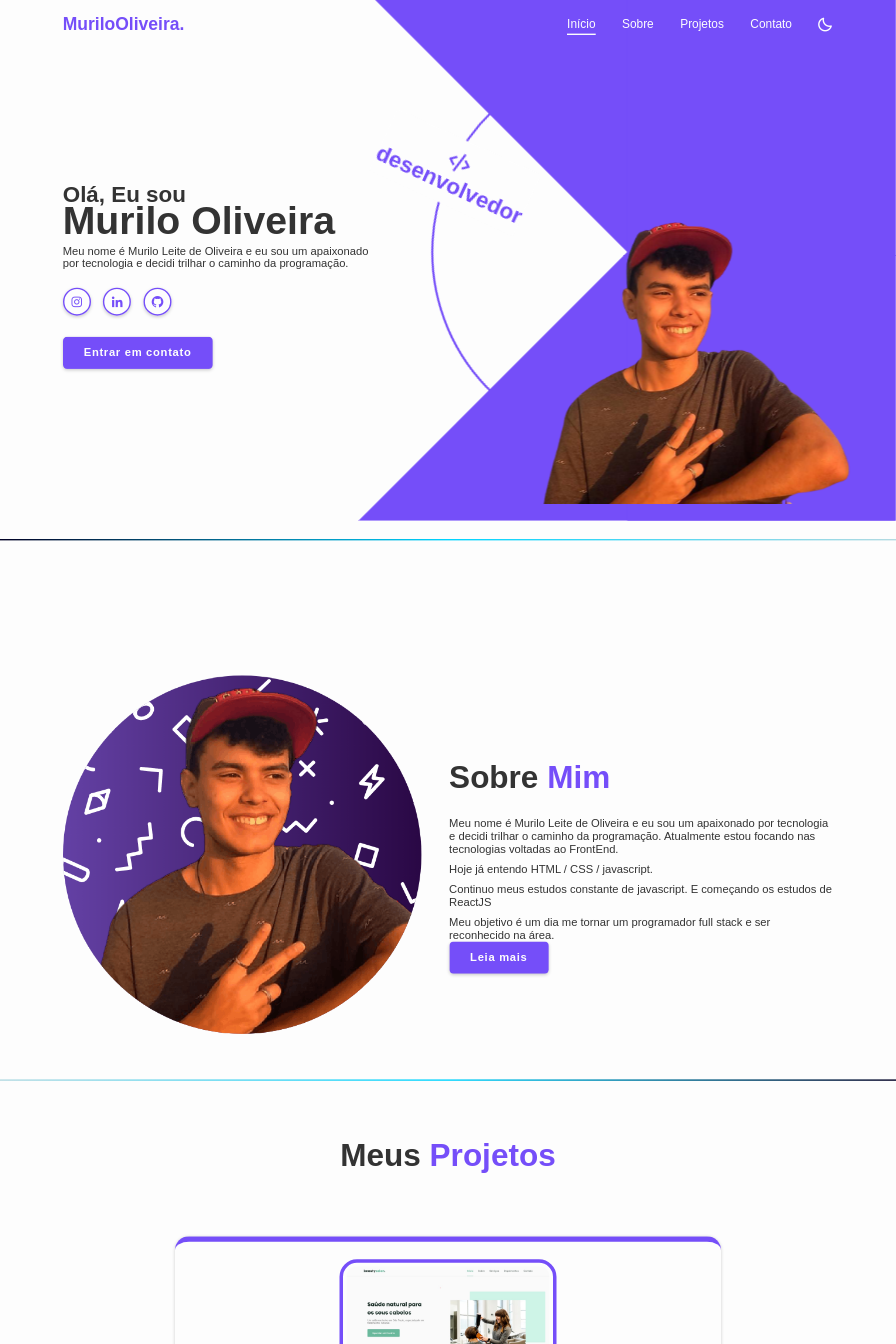
Repository: devMuriloOliveira/Portfolio-
Page: index.html
The author's editor kept a copy of each file at every save. The page is drawn from the files as they stood at one save, then again after the next save.
The browser window is 1280 px wide. The pictures show the part of the page from y = 0 to 1920 px (the page is 3045 px tall), at 70% of full size.
Some web fonts or font styles are not loaded; a fallback is used.

Above is the page before, as saved 2023-03-15 17:40:30.

After the next save:
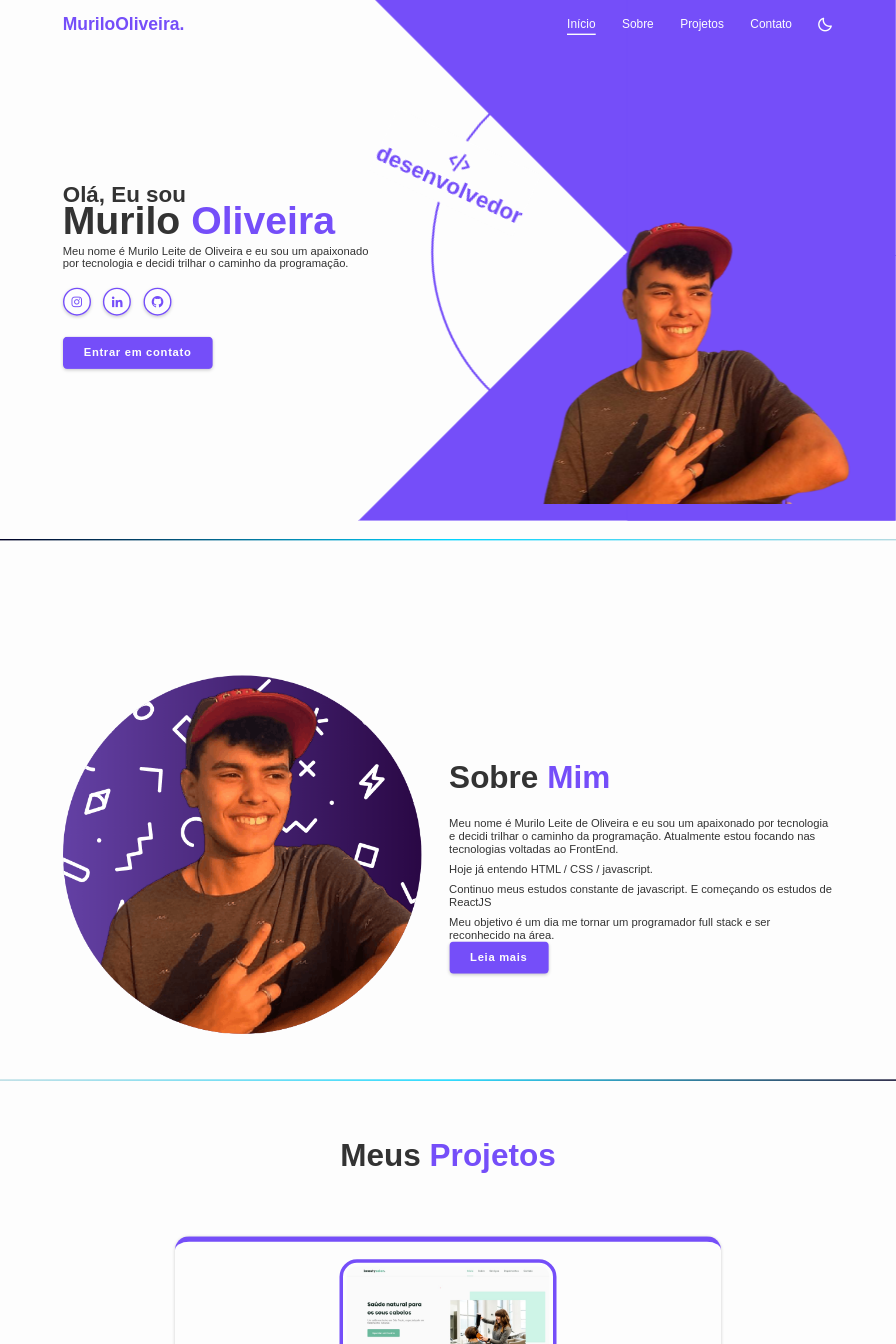
Saved 2 min 34 s later.
--- a/index.html
+++ b/index.html
@@ -49,7 +49,7 @@
     <section class="inicio" id="inicio">
       <div class="inicio-content">
         <h3>Olá, Eu sou</h3>
-        <h1>Murilo Oliveira</h1>
+        <h1>Murilo <span>Oliveira</span> </h1>
         <p>
           Meu nome é Murilo Leite de Oliveira e eu sou um apaixonado por
           tecnologia e decidi trilhar o caminho da programação.

After the save that followed:
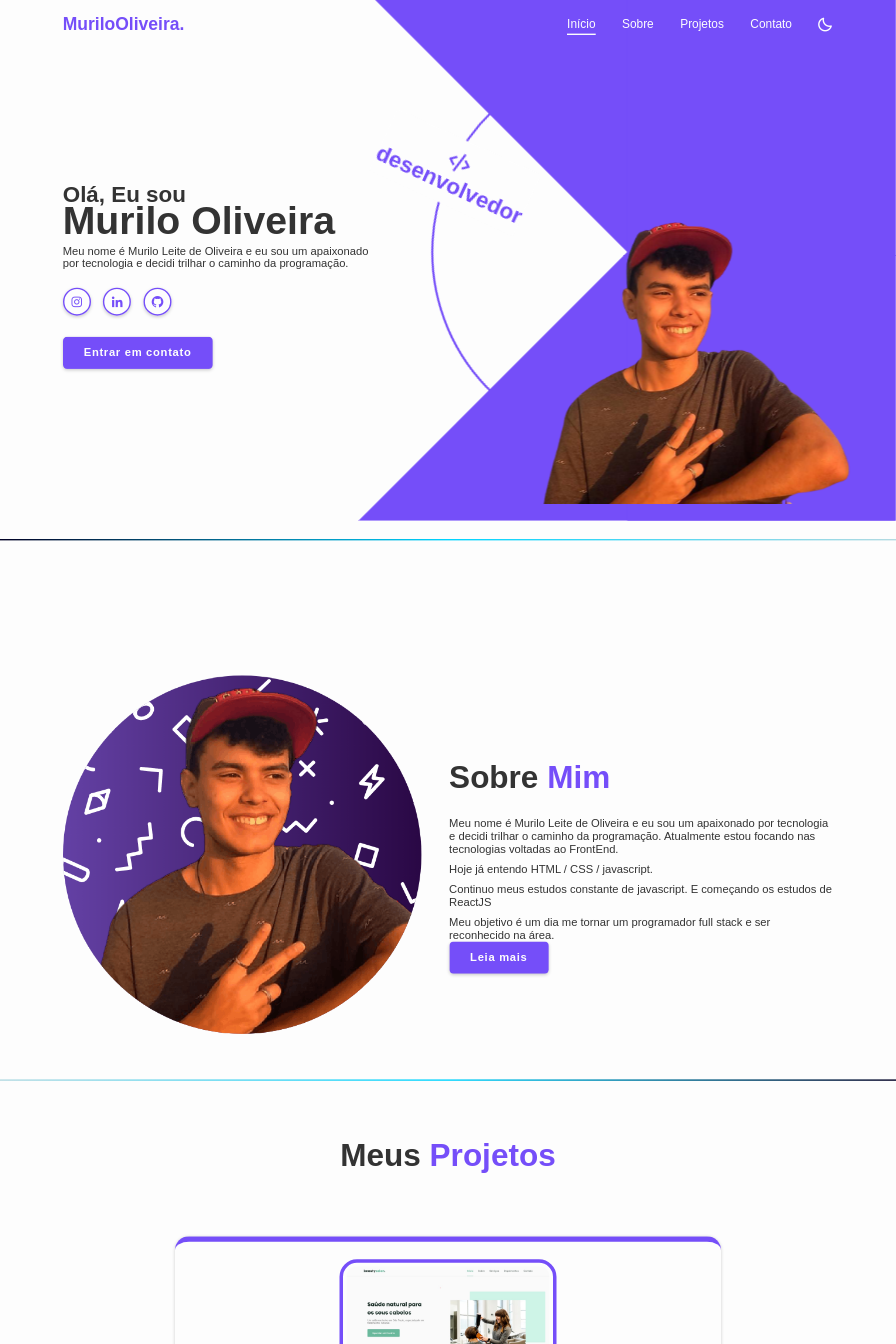
Saved 22 s later.
--- a/index.html
+++ b/index.html
@@ -49,7 +49,7 @@
     <section class="inicio" id="inicio">
       <div class="inicio-content">
         <h3>Olá, Eu sou</h3>
-        <h1>Murilo <span>Oliveira</span> </h1>
+        <h1>Murilo Oliveira</h1>
         <p>
           Meu nome é Murilo Leite de Oliveira e eu sou um apaixonado por
           tecnologia e decidi trilhar o caminho da programação.
